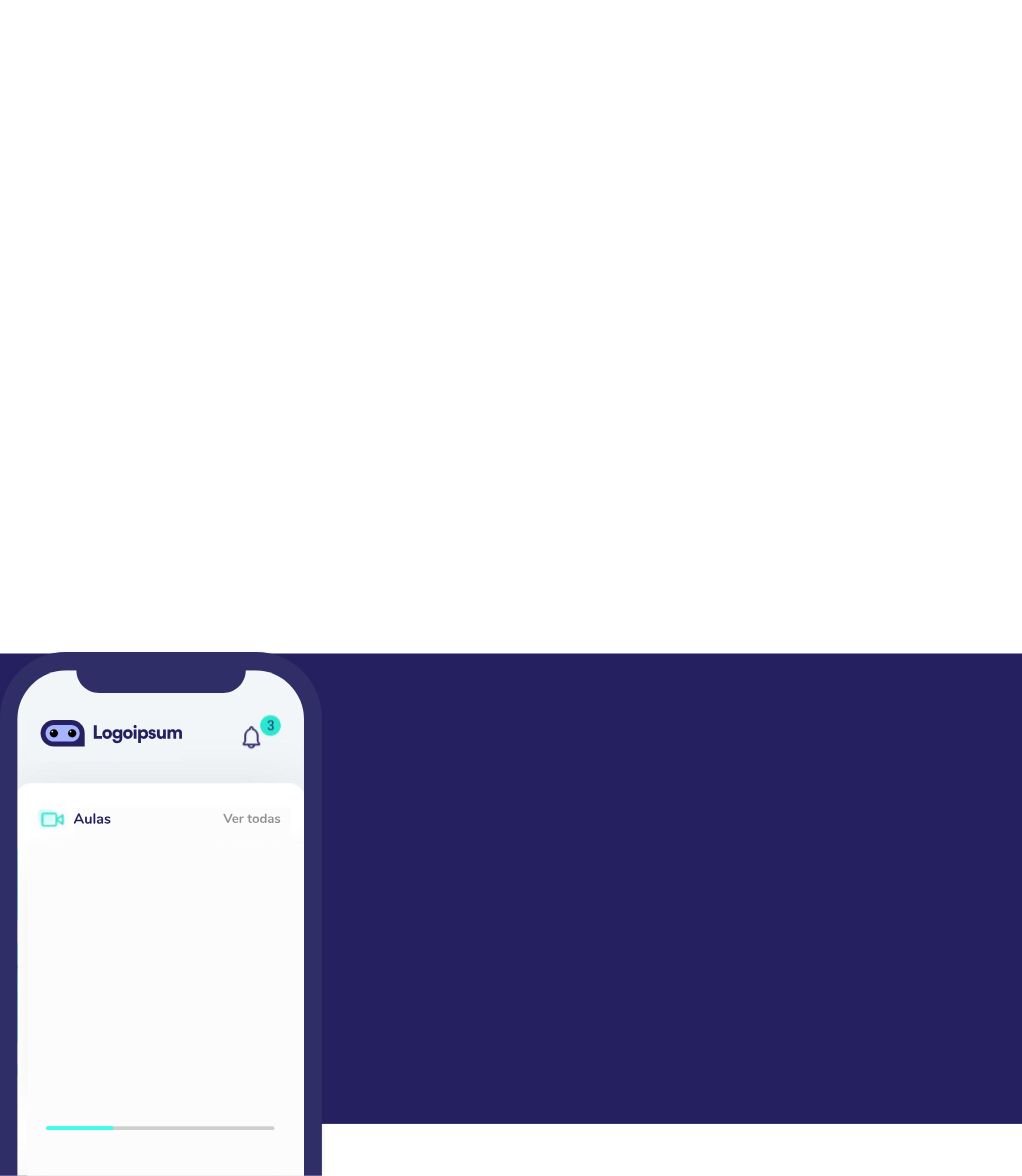
Repository: Williamlmachado/Desafio-Landing-page
Page: index.html
These files come from the project's save history. The page is drawn as it stood at one moment and after the next save; the edit follows.
The browser window is 1280 px wide. The page is 1460 px wide, so the pictures cover 1460 px, including what lies to the right of the window. The pictures show the part of the page from y = 3601 to 5281 px (the page is 5281 px tall before and 5207 px after), at 70% of full size.
Some icons come from a web library that is not loaded, so they are not drawn.

Above is the page before, as saved 2021-11-10 15:49:24.

### index.html
<!DOCTYPE html>
<html lang="en">

<head>
  <meta charset="UTF-8">
  <meta http-equiv="X-UA-Compatible" content="IE=edge">
  <meta name="viewport" content="width=device-width, initial-scale=1.0">
  <link rel="stylesheet" href="path/to/font-awesome/css/font-awesome.min.css">
  <link href="https://fonts.googleapis.com/css2?family=Inter:wght@100;200;300;400;500;600&display=swap" rel="stylesheet">
  <link href="https://fonts.googleapis.com/css2?family=Nunito:ital,wght@0,200;0,300;0,400;0,700;0,800;0,900;1,200;1,300;1,400;1,600;1,700;1,800;1,900&display=swap" rel="stylesheet">
  <link href="https://fonts.googleapis.com/css2?family=Fredoka+One&display=swap" rel="stylesheet">
  <link href="https://cdn.jsdelivr.net/npm/bootstrap@5.1.3/dist/css/bootstrap.min.css" rel="stylesheet"
    integrity="sha384-1BmE4kWBq78iYhFldvKuhfTAU6auU8tT94WrHftjDbrCEXSU1oBoqyl2QvZ6jIW3" crossorigin="anonymous">
  <link rel="stylesheet" href="style.css">
  <script src="https://cdn.jsdelivr.net/npm/bootstrap@5.1.3/dist/js/bootstrap.bundle.min.js"
    integrity="sha384-ka7Sk0Gln4gmtz2MlQnikT1wXgYsOg+OMhuP+IlRH9sENBO0LRn5q+8nbTov4+1p"
    crossorigin="anonymous"></script>
  <title>Document</title>

<body>
  <nav class="navbar navbar-expand-lg navbar-light bg-light">
    <a class="navbar-brand" href="#">
      <img src="img/logoipsum-logo-40 2.svg" alt="logo">
    </a>
    <button class="navbar-toggler" type="button" data-toggle="collapse" data-target="#navbarNav" aria-controls="navbarNav" aria-expanded="false" aria-label="Toggle navigation">
      <span class="navbar-toggler-icon"></span>
    </button>
    <nav>
    <div class="collapse navbar-collapse" id="navbarNav">
      <ul class="navbar-nav">
      <nav class="navbar-nav ml-auto">
        <li class="nav-item">
          <a class="nav-link disabled" href="#">Home <span class="sr-only"></span></a>
        </li>
        <li class="nav-item">
          <a class="nav-link disabled" href="#">Quem Somos</a>
        </li>
        <li class="nav-item-right">
          <a class="nav-link disabled" href="#">Plano</a>
        </li>
        <li class="nav-item">
          <a class="nav-link disabled" href="#">Fale Conosco</a>
        </li>
        <li class="nav-item">
          <button class="nav-button" type="button">Entrar</button>
        </li>
      </nav>
      </ul>
    </div>
  </nav>
    <div class="retangle-1">
      <div class="row">
          <div class="retangle-8">
           <div class="col"><img class="spaceboy" src="img/image 3.svg" alt="astronauta"><H4 class="frase1">Seja aprovado no Enem e Vestibulares :)</H4>
          <H1 class="frase2">Você escolhe o que aprender.</H1></div>
          <h4 class="frase3">Aqui você terá toda assistência que precisa
            com materiais desenvolvido por mestres e doutores em matemática</h4>
          <button type="button" class="buttonret"><p class="fraseButton">Veja nossos planos</p><i class="fas fa-arrow-right"></i></button>
          </div>
          </div>
        <div class="col"><img class="boy" src="img/image 8.svg" alt="garoto"></div>
     </div>
    </div>
  <div class="retangle-2">
    <div class="escolas">
    <img src="img/Captura de Tela 2021-05-22 às 02.33 1.svg" alt="escolas">
  </div>
  <div class="row">
    <div class="col"><img class="smallogos" src="img/Group 53.svg" alt="smallogos"><p class="group12"><img class="group12" src="img/Group 12.svg"></p><p><img class="group13" src="img/Group 13.svg"></p><p><img class="group14" src="img/Group 14.svg"></p></div>
    <div class="col"><img class="adolescente" src="img/pretty-teenager-happy-to-be-back-at-university 1.svg" alt="prettyteenager"></div>
  </div>
    <div class="retangle-3">
      <div class="row">
        <div class="column1"><img class="feliz" src="img/image 43.svg" alt="foguete"><div class="frase4"><p>100% MATEMÁTICA</p></div><h3 class="frase5">Matemática pra quem quer entrar na facul</h3><h4 class="frase6">Somos um cursinho online especialista em ensinar matemática. Temos os melhores professores mestres e doutores para tirar suas dúvidas e te ensinar matemática desde a teoria até a resolução de exercícios de todos os níveis.</h4></div></div>

       <div class="column2"><img class="foguete" src="img/image 45.svg" alt="feliz"><div class="frase7"><p>QUER SER APROVADO?</p></div><h3 class="frase8">Se seu foco é ser aprovado, nós estamos aqui por você.</h3><h4 class="frase9">Somos um cursinho online especialista em ensinar matemática. Temos os melhores professores mestres e doutores para tirar suas dúvidas e te ensinar matemática desde a teoria até a resolução de exercícios de todos os níveis.</h4></div></div>
        </div>
      </div>
    </div>
    <div class="retangle-4">
      <div class="row">
        <div class="col"><img class="celular" src="img/Frame 12.svg"></div>
        <div class="col"></div>
    </div>
  </div>
  <!-- <footer id="footer" class="py-5">
    <div class="row">
      <div class="col-md-5">
        <img class="" src="img/logoipsum-logo-40 2.svg" alt="logo">
        <div><img class=""src="img/Captura de Tela 2021-05-25 às 19.59 1.svg" alt="androideios"></div>
      </div>
      <div class="col-sm-2">
        <h5>Localização</h5>
        <p>Av. Brg. Faria Lima , 1422 São Paulo - SP </p>
      </div>
      <div class="col-sm-2">
        <h5>Fale Conosco</h5>
        <p>(22) 4442-0126</p>
        <p>info@digihouse.com</p>
      </div>
      <div class="col-sm-2">
        <h5>Política</h5>
        <p>Direitos autorais</p>
        <p>Termos de uso</p>
        <p>Políticas de Privacidade</p>
      </div>
      <hr class="linha"> -->
      <!-- <img class="copyright" src="img/Copyright.svg" alt="copyright"> -->
<span>Copyright 2021. All Right Reserved </span>
  </footer>
  </div>
</body>
</head>
</html>

### style.css
.nav-button{
    display: flex;
    flex-direction: row;
    justify-content: center;
    align-items: center;
    padding: 15px 116px;

    width: 133px;
    height: 43px;
    left: 1239px;
    top: 18px;

    /* Primary */
    background: #252160;

    /* Branco */
    border: 1px solid #FFFFFF;
    box-sizing: border-box;
    border-radius: 6px;
    color: #FFFFFF;
}

.nav-home{
    position: absolute;
    width: 46px;
    height: 22px;
    left: 5px;
    top: 0px;

    font-family: Inter;
    font-style: normal;
    font-weight: bold;
    font-size: 16px;
    line-height: 22px;

    /* identical to box height, or 137% */

    /* Primary */
    color: #252160;
}

.navbrad-brand{
    position: absolute;
    left: 58.02%;
    right: 35.2%;
    top: 34.99%;
    bottom: 29.03%;

    /* Primary */
    background: #252160;
}

#footer{
    position: absolute;
    width: 1550px;
    height: 373px;
    /* left: calc(50% - 1449px/2 + 4.5px); */
    top: calc(50% - 373px/2 + 2603.5px);

    /* Branco */
    background: #FFFFFF;
}

.imagemfooter{
    position: absolute;
    left: 3.51%;
    right: 72.51%;
    top: 18.75%;
    bottom: 18.75%;
    color: #A5B4FC;
}

.linha{
    margin-top: 150px;
    position: absolute;
    width: 1210px;
    left: 135px;
    border: 1px solid rgba(84, 84, 212, 0.34);
}

.col-md-5{
    align-items: center;
    align-content: center;
}

.copyright{

}

.retangle-1{
    position: absolute;
    width: 1440px;
    height: 821px;
    left: 0px;
    top: 79px;

    /* Primary */
    background: #252160;
}

.spaceboy{
    position: absolute;
    width: 50.02px;
    height: 36.06px;
    left: 125px;
    right: 150px;
    flex: none;
    order: 0;
    flex-grow: 0;
    margin: 50px -15px;
    transform: rotate(+15.22deg);
}

.retangle-2{
    position: absolute;
    width: 1440px;
    height: 821px;
    left: 0px;
    top: 900px;
    background: #ffff;
}
.retangle-3{
    position: absolute;
    width: 1440px;
    height: 954px;
    left: 0px;
    top: 800px;
    background: #F8F8F8
}

.escolas{
    position: absolute;
    width: 1270px;
    height: 164px;
    left: 66px;
    top: 35px;
}

.adolescente{
    position: relative;
    width: 600px;
    height: 738px;
    left: 25px;
    top: 105px;
    flex: none;
    order: 0;
    flex-grow: 0;
    margin: 6px 0px;
}

.smallogos{
    position: absolute;
    width: 67.79px;
    height: 403.63px;
    left: 112px;
    top: 275px;
}

.group12{
    position: absolute;
    width: 510.72px;
    height: 141px;
    left: 80px;
    top: 220px;
}

.group13{
    position: absolute;
    width: 510.72px;
    height: 155px;
    left: 195px;
    top: 275px;
}

.group14{
    position: absolute;
    width: 510.72px;
    height: 131px;
    left: 214px;
    top: 618px;
}

.boy{
    position: absolute;
    left: 763px;
    right: 143px;
    top: 153px;
    bottom: 120px;

}

.retangle-8{
    /* Rectangle 8 */

    position: absolute;
    width: 741.6px;
    height: 645.98px;
    left: 60px;
    top: 106px;

    background: #292663;
    border-radius: 124px;
    transform: rotate(-15.22deg);
    }

.frase1{
    position: absolute;
    width: 472px;
    height: 28px;
    top: 81PX;
    left:200px;
    right: 100px;

    font-family: inter;
    font-style: normal;
    font-weight: bold;
    font-size: 20.59px;
    line-height: 26px;

    color: #3AFFE5;

    flex: none;
    order: 1;
    flex-grow: 0;
    margin: 50px -30px;
    transform: rotate(+15.22deg);
}

.frase2{
    position: absolute;
    width: 631px;
    height: 151px;
    left: 65px;
    top: 200px;

    font-family: Fredoka One;
    font-style: normal;
    font-weight: normal;
    font-size: 65.1467px;
    line-height: 76px;
    transform: rotate(+15.22deg);
    /* or 116% */
    letter-spacing: -0.01em;

    /* Branco */
    color: #FFFFFF;
}

.frase3{
    position: absolute;
    width: 523px;
    height: 87px;
    left: 35px;
    top: 350px;

    font-family: Inter;
    font-style: normal;
    font-weight: normal;
    font-size: 19.45px;
    line-height: 29px;
    transform: rotate(+15.22deg);
    /* or 149% */
    letter-spacing: 0.38px;

    color: #FFFFFF;
}

.buttonret{
    display: flex;
    flex-direction: row;
    justify-content: center;
    align-items: center;
    padding: 15px 116px;

    position: absolute;
    width: 380.41px;
    height: 59.33px;
    left: 15px;
    top: 440px;
    transform: rotate(+15.22deg);
    /* Secundary */
    background: #3AFFE5;
    border-radius: 6px;
}

.fraseButton{
    position: static;
    height: 21px;
    left: 22.42%;
    right: 37.1%;
    top: calc(50% - 21px/2 + 0px);

    font-family: Inter;
    font-style: normal;
    font-weight: bold;
    font-size: 17.45px;
    line-height: 21px;
    text-align: center;
    letter-spacing: -0.618281px;

    /* Primary */
    color: #252160;


    /* Inside Auto Layout */
    flex: none;
    order: 0;
    flex-grow: 0;
    margin: 0px 24px;
}

.feliz{

    position: absolute;
    width: 430.2px;
    height: 469.21px;
    left: 817.06px;
    top: 425px;
    background: url(.png);
    transform: rotate(-12.24deg);
}

.frase4{
    position: absolute;
    width: 394.54px;
    height: 30px;
    left: 705px;
    top: 88px;
    font-family: Nunito;
    font-style: normal;
    font-weight: bold;
    font-size: 22px;
    line-height: 30px;
    /* Azul */
    color: #32B5FF;
}

.frase5{
    position: absolute;
width: 575.63px;
height: 122px;
left:705px;
top: 123px;

font-family: Nunito;
font-style: normal;
font-weight: bold;
font-size: 44.83px;
line-height: 61px;

/* Primary */
color: #252160;
}

.frase6{
    position: absolute;
    width: 600px;
    height: 182.69px;
    left: 705px;
    top: 261px;

    font-family: Inter;
    font-style: normal;
    font-weight: normal;
    font-size: 20px;
    line-height: 37px;

    /* or 186% */

    /* Gray - 200 */
    color: #7B7B7B;
}

.frase7{
    position: absolute;
    width: 394.54px;
    height: 30px;
    left: 135px;
    top: 575px;
    font-family: Nunito;
    font-style: normal;
    font-weight: bold;
    font-size: 22px;
    line-height: 30px;
    /* Azul */
    color: #32B5FF;
}


.frase8{
    position: absolute;
    width: 575.12px;
    height: 121.47px;
    left: 135px;
    top: 618.53px;

    font-family: Nunito;
    font-style: normal;
    font-weight: bold;
    font-size: 44.8277px;
    line-height: 61px;

    /* Primary */
    color: #252160;
}

.frase9{
    position: absolute;
    width: 598px;
    height: 157px;
    left: 135px;
    top: 753.53px;

    font-family: Inter;
    font-style: normal;
    font-weight: normal;
    font-size: 20px;
    line-height: 37px;

    /* or 185% */

    /* Gray - 200 */
    color: #7B7B7B;
}

.foguete{
    position: absolute;
    width: 450px;
    height: 450px;
    left: 167px;
    top: 75px;

}

.retangle-4{
    position: absolute;
    width: 1460px;
    height: 672px;
    left: 0px;
    top: 4535px;
    background: #252160;
}

.celular{
    position: absolute;
    width: 480px;
    height: 756px;
    left: 0px;
    top: -10px;
}

After the next save:
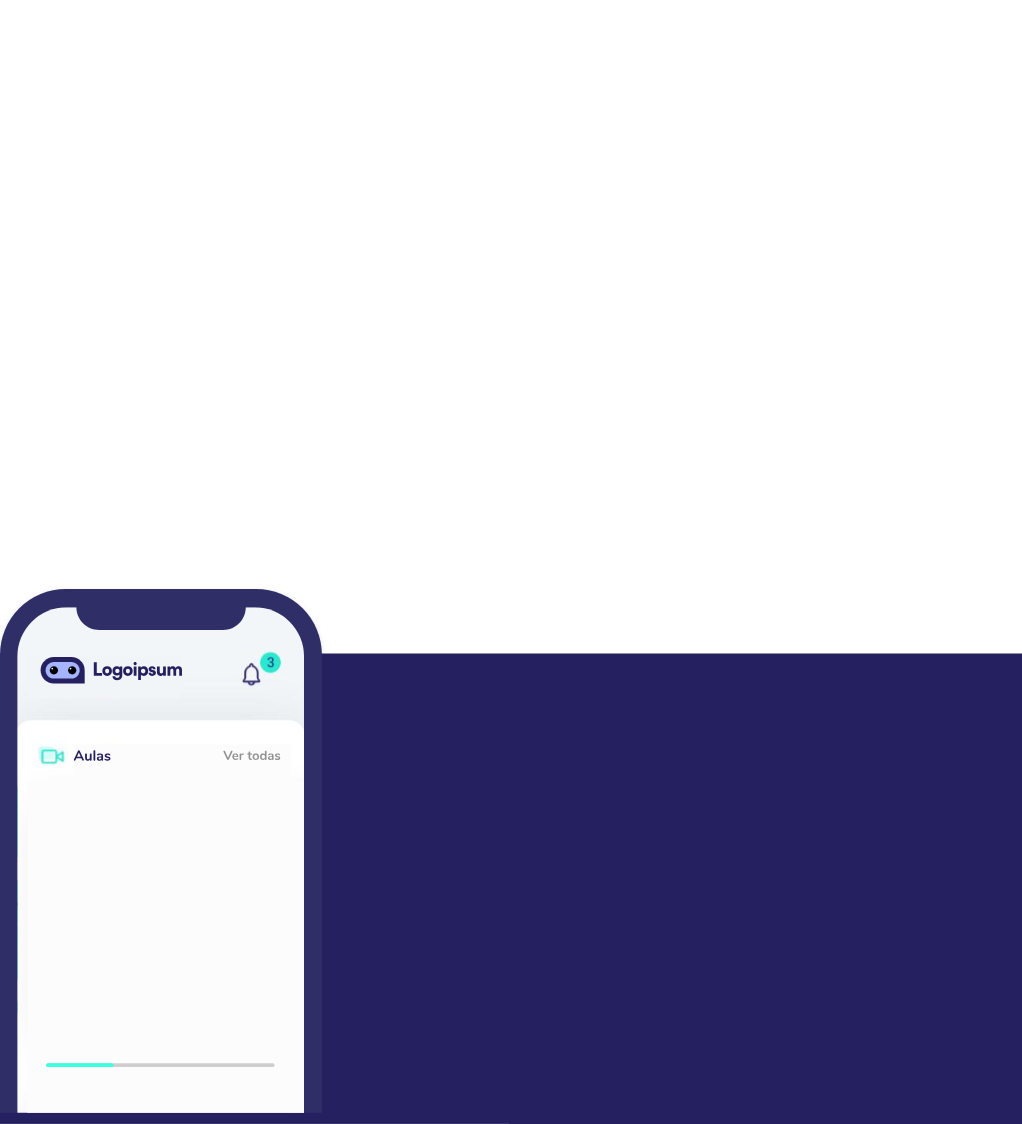
Saved 6 s later.
--- a/style.css
+++ b/style.css
@@ -446,5 +446,5 @@
     width: 480px;
     height: 756px;
     left: 0px;
-    top: -10px;
-}
+    top: -100px;
+}
